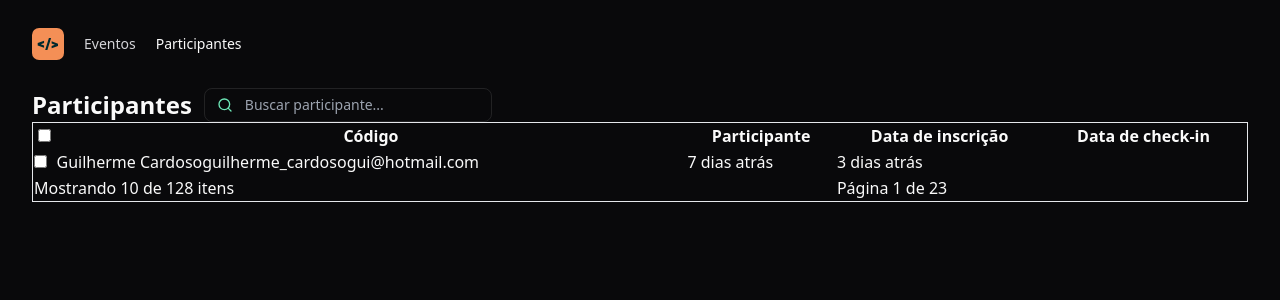
Repository: guilhermecardoso93/nlw-unite-react-2024
Page: /
An editor plug-in stored every save of this project. The page is shown before and after the next save, followed by the edit.
The browser window is 1280 px wide. The pictures show the whole page.
The project was rebuilt for these pictures with package versions that can differ from the ones it lists, and the page was loaded fresh each time. Also part of the build but not shown: vite.config.ts.

Above is the page before, as saved 2024-04-01 21:39:16.

After the next save:
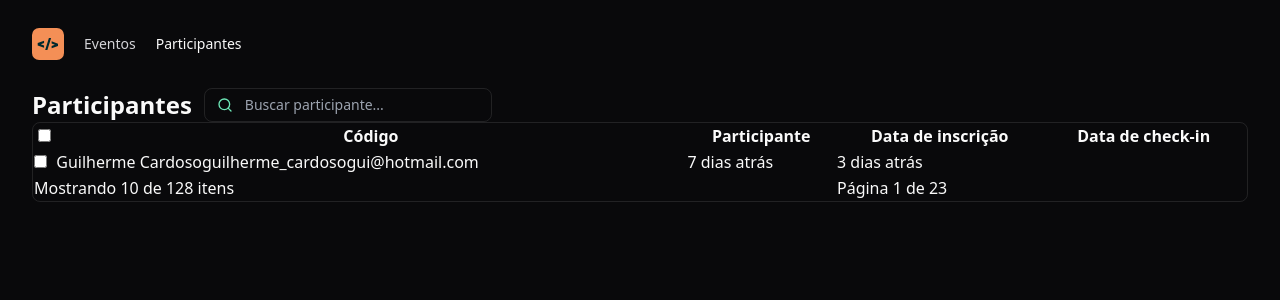
Saved 51 s later.
--- a/src/components/attendee-list.tsx
+++ b/src/components/attendee-list.tsx
@@ -14,42 +14,44 @@ export function AttendeeList() {
         </div>
       </div>
 
-      <table className='w-full border border-withe/10'>
-        <thead>
-          <tr>
-            <th>
-              <input type="checkbox" />
-            </th>
-            <th>Código</th>
-            <th>Participante</th>
-            <th>Data de inscrição</th>
-            <th>Data de check-in</th>
-            <th></th>
-          </tr>
-        </thead>
-        <tbody>
-          <tr>
-            <td>
-              <input type="checkbox" />
-            </td>
-            <td>
-              <div>
-                <span>Guilherme Cardoso</span>
-                <span>guilherme_cardosogui@hotmail.com</span>
-              </div>
-            </td>
-            <td>7 dias atrás</td>
-            <td>3 dias atrás</td>
-            <td></td>
-          </tr>
-        </tbody>
-        <tfoot>
-          <tr>
-            <td colSpan={3}>Mostrando 10 de 128 itens</td>
-            <td colSpan={3}>Página 1 de 23</td>
-          </tr>
-        </tfoot>
-      </table>
+      <div className="border border-white/10 rounded-lg">
+        <table className="w-full  ">
+          <thead>
+            <tr>
+              <th>
+                <input type="checkbox" />
+              </th>
+              <th>Código</th>
+              <th>Participante</th>
+              <th>Data de inscrição</th>
+              <th>Data de check-in</th>
+              <th></th>
+            </tr>
+          </thead>
+          <tbody>
+            <tr>
+              <td>
+                <input type="checkbox" />
+              </td>
+              <td>
+                <div>
+                  <span>Guilherme Cardoso</span>
+                  <span>guilherme_cardosogui@hotmail.com</span>
+                </div>
+              </td>
+              <td>7 dias atrás</td>
+              <td>3 dias atrás</td>
+              <td></td>
+            </tr>
+          </tbody>
+          <tfoot>
+            <tr>
+              <td colSpan={3}>Mostrando 10 de 128 itens</td>
+              <td colSpan={3}>Página 1 de 23</td>
+            </tr>
+          </tfoot>
+        </table>
+      </div>
     </div>
   );
 }
